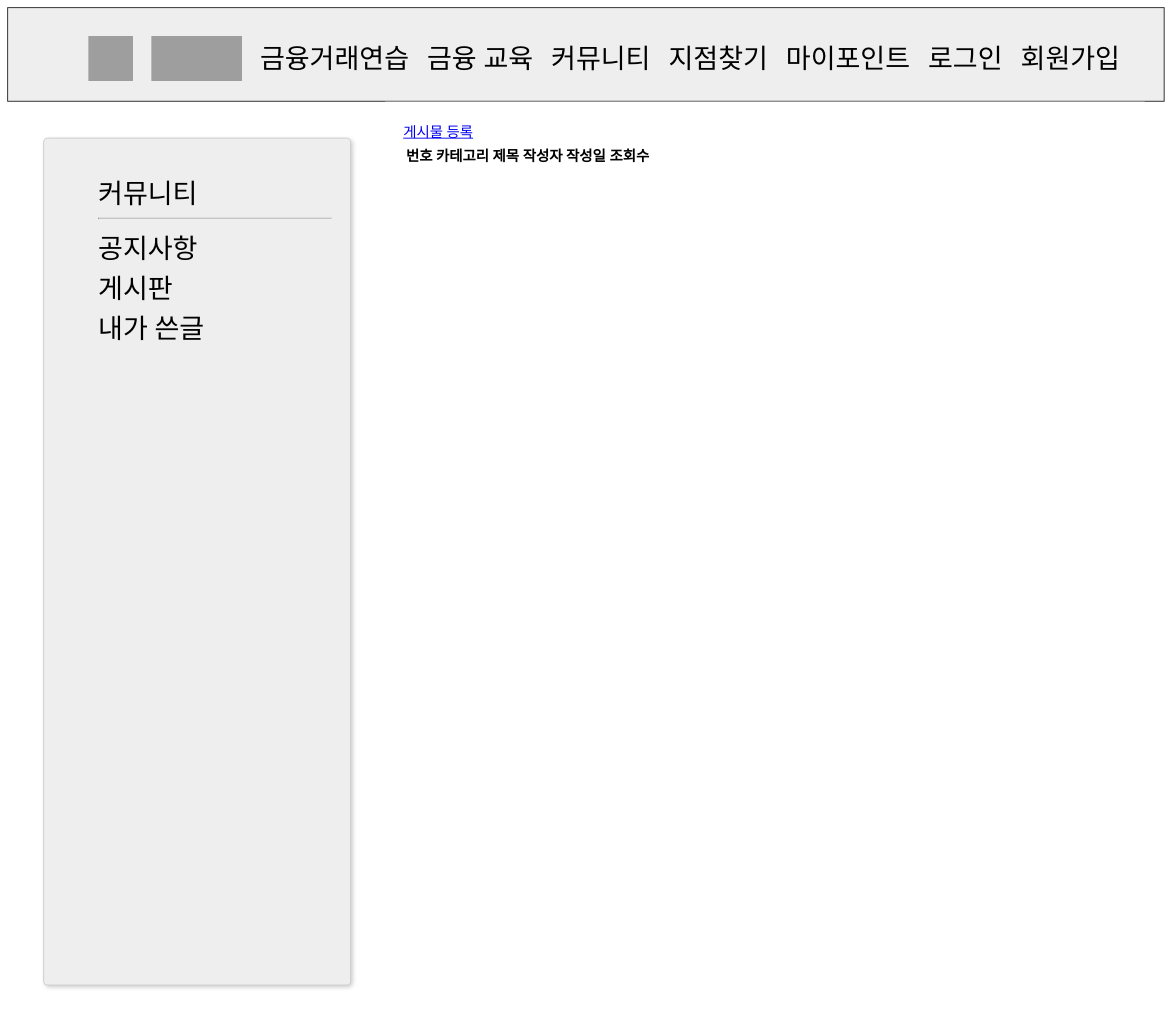
Repository: syc98syc/KB04_TeamProject
Page: http://localhost/jgig/WEB-INF/jsp/board/list.jsp
An editor plug-in stored every save of this project. The page is shown before and after the next save, followed by the edit.
The browser window is 1280 px wide. The page is 1294 px wide, then 1292 px, so the pictures cover 1294 px, including what lies to the right of the window. The pictures show the whole page, at 90% of full size.
Pictures or frames that could not be fetched are drawn as grey boxes. The page is served by Tomcat 9. Nobody is signed in. Other server files are loaded and not shown. The template is opened directly, without the code that normally fills it, so the values that code supplies are empty.

Above is the page before, as saved 2023-09-06 05:24:57.

### jgig/src/main/webapp/WEB-INF/jsp/board/list.jsp
<%@ page language="java" contentType="text/html; charset=UTF-8"
    pageEncoding="UTF-8"%>
<%@ taglib uri="http://java.sun.com/jsp/jstl/core" prefix="c" %>
<!DOCTYPE html>
<html>
<head>
<meta charset="UTF-8">
<title>웹게시물 목록</title>
<style>
#content {
 	margin-left: 420px; /* 사이드바 너비 + 여백만큼 오른쪽으로 밀어줍니다. */
    flex-grow: 1; /* 남은 공간을 모두 차지하도록 설정 */
    background-color: #fff; /* 배경색 설정 */
    padding: 20px; /* 내부 여백 설정 */
}
</style>
</head>
<body>
<%@ include file="../include/top_navbar.jsp" %>
<%@ include file="../include/left_navbar.jsp" %>
<div id="content">
	<a href="/board_insert_form">게시물 등록</a> <br>
	<table>
		<tr>
		<th>번호</th>
		<th>카테고리</th>
		<th>제목</th>
		<th>작성자</th>
		<th>작성일</th>
		<th>조회수</th>
		<c:forEach items="${board_list}" var="brd">
		<tr>
			<td>${brd.brd_id }</td>
			<td>${brd.brd_category }</td>
			<td><a href="board_detail?no=${brd.brd_id}">${brd.title}</a></td>
			<td>${brd.mem_id }</td>
			<td>${brd.brd_date_created }</td>
			<td>${brd.brd_view }</td>
		</tr>
		</c:forEach>
	</table>
</div>
</body>
</html>

### jgig/src/main/webapp/WEB-INF/jsp/include/top_navbar.jsp
<%@ page language="java" contentType="text/html; charset=UTF-8"
    pageEncoding="UTF-8"%>
<!DOCTYPE html>
<html>
<head>
<meta charset="UTF-8">
<title>Insert title here</title>
<style>
/* 상단 메뉴 스타일 */
        #top-menu {
            background-color: #eee;
            color: #fff;
            padding: 10px;
            width: 100%;
            border: 1px solid #222;
             display: flex;
  justify-content: center;
        }


    #img1 {
		width: 7vmin;
		height: 7vmin;
	}


	#img2 {
		width: 14vmin;
		height: 7vmin;
	}

	#top-menu a {
    color: #000; /* 링크 글꼴 색상 설정 */
    text-decoration: none; /* 링크 밑줄 제거 */
}

	#top-menu ul{
		list-style: none;
	}
	#top-menu li{
		float: left;
		background: #eee;
		padding:5px 10px;
		font-size: 30px;
	}
</style>
</head>
<body>
	<div id = "top-menu">
		<nav>
				<ul>
					<li><img id="img1" src="resources/img/KB.png"></li>
					<li><img id="img2" src="resources/img/지금입금.png"></li>
					<li class="menu1"><a href="#">금융거래연습</a></li>
					<li class="menu2"><a href="#">금융 교육</a></li>
					<li class="menu3"><a href="#">커뮤니티</a></li>
					<li class="menu4"><a href="#">지점찾기</a></li>
					<li class="menu5"><a href="#">마이포인트</a></li>
					<li class="menu6"><a href="#">로그인</a></li>
					<li class="menu7"><a href="#">회원가입</a></li>
				</ul>
		</nav>
	</div>

</body>
</html>

### jgig/src/main/webapp/WEB-INF/jsp/include/left_navbar.jsp
<%@ page language="java" contentType="text/html; charset=UTF-8"
    pageEncoding="UTF-8"%>
<!DOCTYPE html>
<html>
<head>
<meta charset="UTF-8">
<title>Insert title here</title>
<style>
/* 좌측 사이드바 스타일 */
#sidebar {
    width: 300px; /* 박스 컨테이너의 너비 설정 */
    height: 900px; /* 박스 컨테이너의 높이 설정 */
    background-color: #eee; /* 배경색 설정 */
    color: #000; /* 글꼴 색상 설정 */
    padding: 20px; /* 내부 여백 설정 */
    border: 1px solid #ccc; /* 박스 컨테이너의 테두리 설정 */
    border-radius: 5px; /* 박스 컨테이너의 모서리를 둥글게 설정 */
    box-shadow: 2px 2px 5px rgba(0, 0, 0, 0.2); /* 그림자 효과 추가 */
    line-height: normal;
    display: inline-block;
    vertical-align: middle;
    margin: 40px;
    float: left; /*왼쪽에 떠있게*/
}

/* 좌측 사이드바 링크 스타일 */
#sidebar a {
    color: #000; /* 링크 글꼴 색상 설정 */
    text-decoration: none; /* 링크 밑줄 제거 */
}

/* 좌측 사이드바 링크 호버 스타일 */
#sidebar a:hover {
    text-decoration: underline; /* 호버 상태에서 밑줄 추가 */
}

/* 좌측 사이드바 제목 스타일 */
#sidebar h2 {
    font-size: 24px; /* 제목 글꼴 크기 설정 */
}
	ul{
		list-style: none;
	}
	li{
		display: block; /* 각 <li> 요소를 한 줄에 하나씩 표시 */
		background: #eee;
		font-size: 30px;
	}
</style>
</head>
<body>
	<div id = "sidebar">
		<nav>
				<ul>
					<li>커뮤니티</li> <hr>
					<li class="menu1"><a href="#">공지사항</a></li>
					<li class="menu2"><a href="#">게시판</a></li>
					<li class="menu3"><a href="#">내가 쓴글</a></li>
				</ul>
		</nav>
	</div>

</body>
</html>

After the next save:
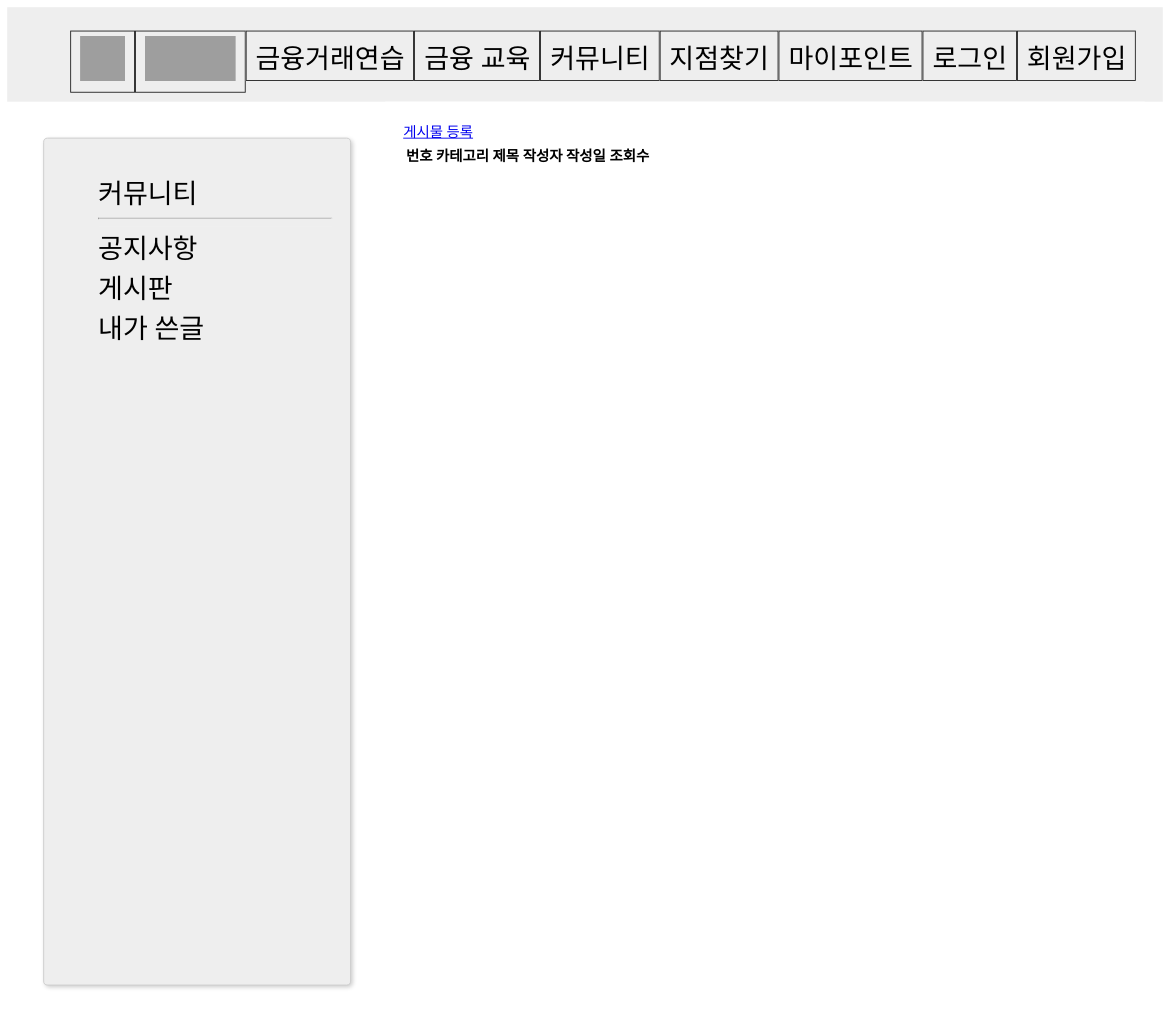
Saved 19 s later.
--- a/jgig/src/main/webapp/WEB-INF/jsp/include/top_navbar.jsp
+++ b/jgig/src/main/webapp/WEB-INF/jsp/include/top_navbar.jsp
@@ -12,7 +12,6 @@
             color: #fff;
             padding: 10px;
             width: 100%;
-            border: 1px solid #222;
              display: flex;
   justify-content: center;
         }
@@ -42,6 +41,8 @@
 		background: #eee;
 		padding:5px 10px;
 		font-size: 30px;
+
+            border: 1px solid #222;
 	}
 </style>
 </head>
